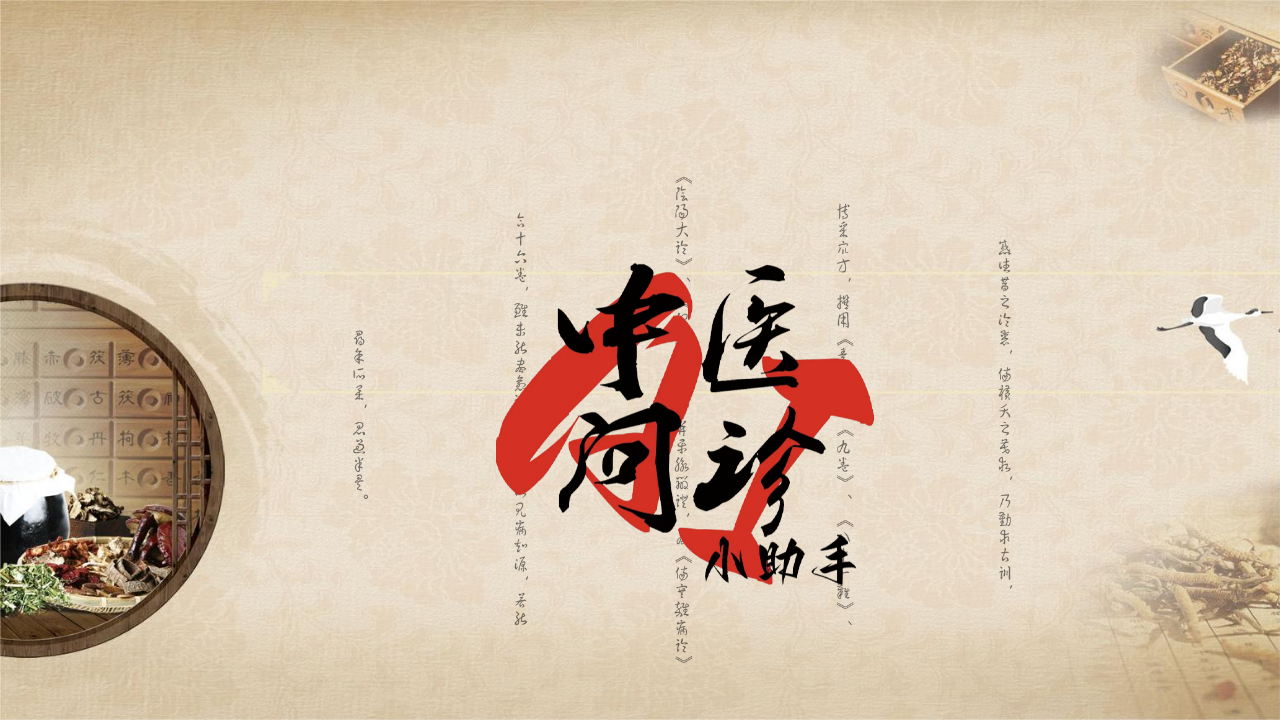
Repository: chjyume/zhongyi
Page: index.html
The author's editor kept a copy of each file at every save. The page is drawn from the files as they stood at one save, then again after the next save.
The browser window is 1280 px wide. The pictures show the whole page.

Above is the page before, as saved 2023-06-27 22:35:21.

After the next save:
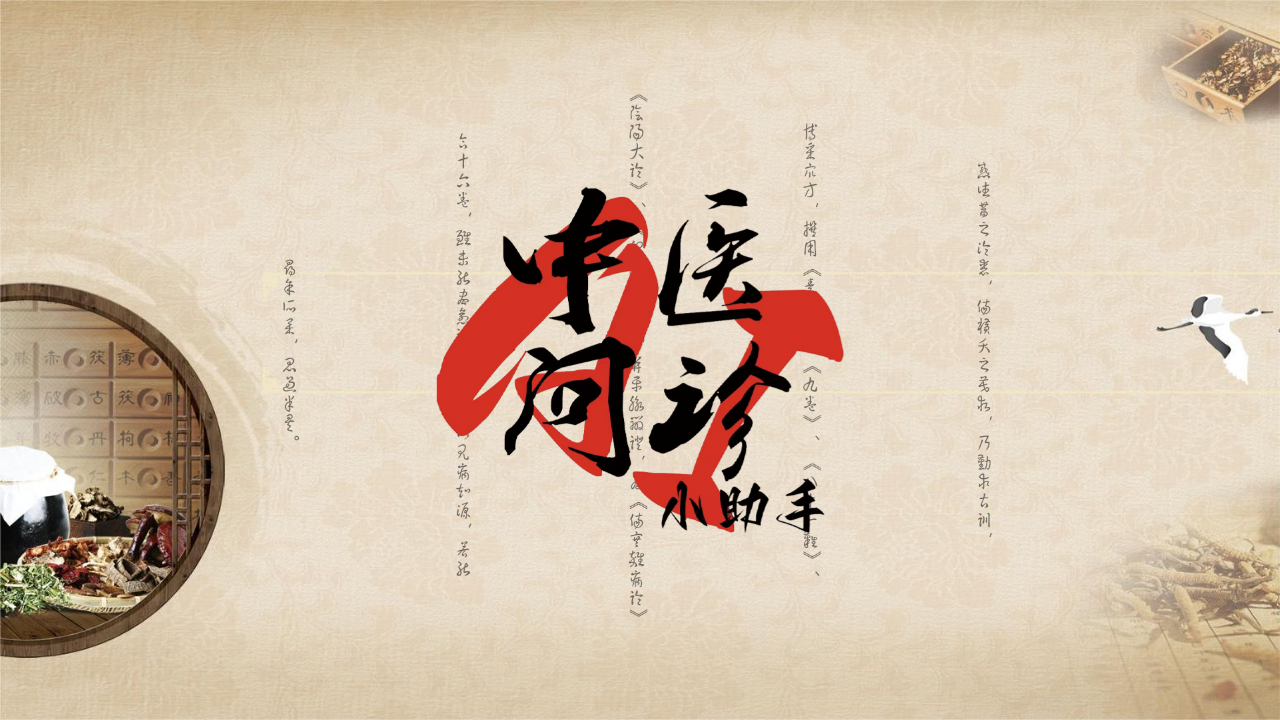
Saved 51 s later.
--- a/index.html
+++ b/index.html
@@ -31,8 +31,6 @@
 		    justify-content: center;
 			align-items: center;
     		height: 100vh;
-			margin-left: 7%;
-			margin-top: 5%;
 			z-index: 1;
 			position: absolute;
 			width: auto;
@@ -87,8 +85,6 @@
 		    justify-content: center;
  		    align-items: center;
     		height: 100vh;
-			margin-left: 7%;
-			margin-top: 5%;
 			z-index: 2;
 			position: absolute;
 			-webkit-animation-name:scaleDraw;
